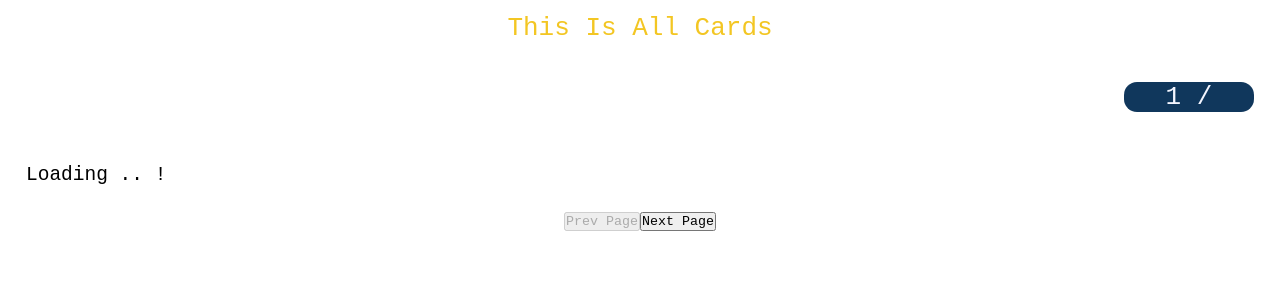
Repository: rehamtaher10/reactQueryTask
Page: /
The author's editor kept a copy of each file at every save. The page is drawn from the files as they stood at one save, then again after the next save.
The browser window is 1280 px wide. The pictures show the whole page.
The page's requests for data from a server got no answer. The project was rebuilt for these pictures with package versions that can differ from the ones it lists, and the page was loaded fresh each time. No one was signed in, and anything a server would have sent is missing. Also part of the build but not shown: vite.config.js.

Above is the page before, as saved 2024-12-07 20:24:49.

After the next save:
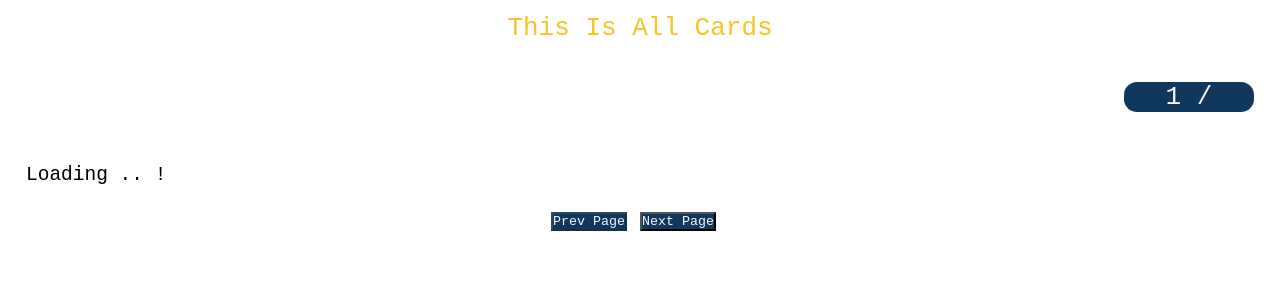
Saved 34 s later.
--- a/src/style/app.css
+++ b/src/style/app.css
@@ -65,7 +65,7 @@ h1{
     justify-content: center;
 
 }
-.button{
+.buttons button{
     background-color:#10375C ;
     color: #F4F6FF;
     direction: ltr;
